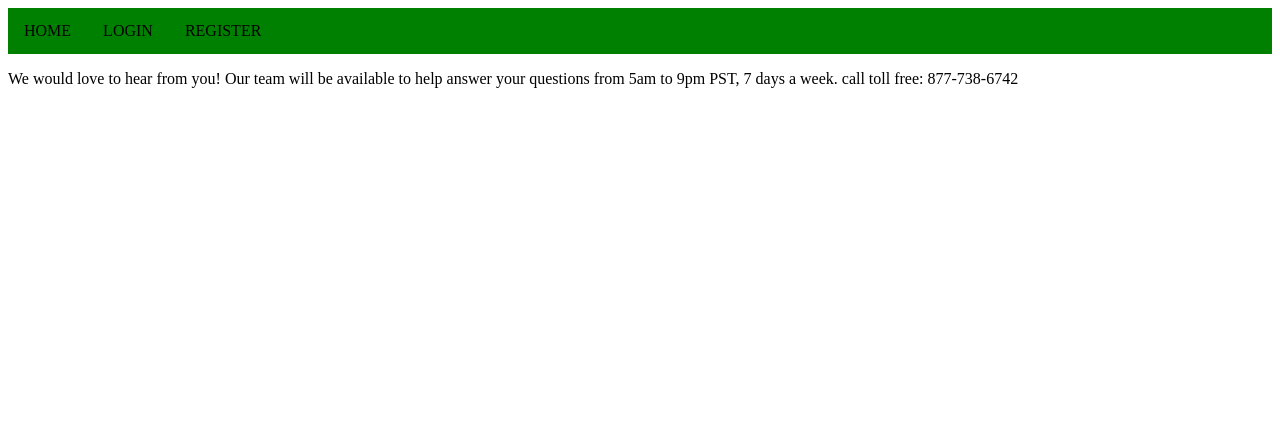
Repository: GaithCattan/COSW30
Page: labwork/testing/contact_page.html
The author's editor kept a record of every edit. The page is drawn from the files as they stood at one moment, then again after the next edit.
The browser window is 1280 px wide. The pictures show the whole page.

Above is the page before.

### labwork/testing/contact_page.html
<!doctype html>
<html lang="en">
<head>
    <meta charset="utf-8">
    <title>Treat Street</title>

    <style>

    ul {
      list-style-type: none;
      margin: 0;
      padding: 0;
      overflow: hidden;
      background-color: green;
    }

    li {
      float: left;
    }

    li a {
      display: block;
      color: black;
      text-align: center;
      padding: 14px 16px;
      text-decoration: none;
    }

    li a:hover {
      background-color: blue;
    }
            </style>

</head>
<body>
<!-- END HEADER -->


        <div id="header">
            <ul id="nav">
                <li><a class="active" href="index.php">HOME</a></li>
                <li><a href="login.php">LOGIN</a></li>
                <li><a href="register.php">REGISTER</a></li>
            </ul>
        </div>



        <div id="container1">
            <p>We would love to hear from you!
            Our team will be available to help answer your questions from 5am to 9pm PST, 7 days a week.
            call toll free: 877-738-6742</p>

        </div>











<!-- START FOOTER -->
</body>
</html>

After the next edit:
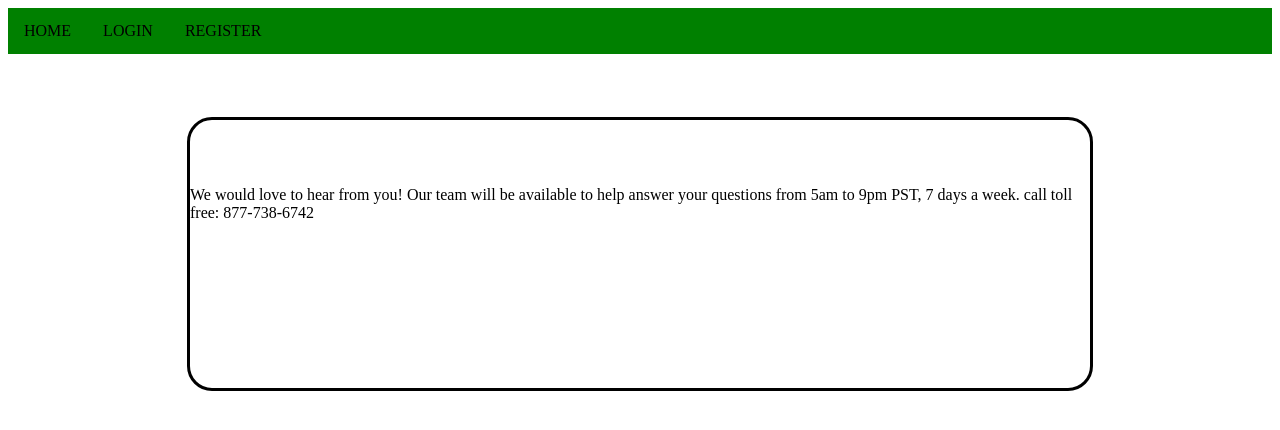
The edit:
--- a/labwork/testing/contact_page.html
+++ b/labwork/testing/contact_page.html
@@ -29,6 +29,9 @@
     li a:hover {
       background-color: blue;
     }
+
+    #container1 {width: 900px; margin-top: 5%;	margin-left: auto;	margin-right: auto;	padding-top: 50px;	padding-bottom: 150px; border-style: solid; border-radius: 25px;}
+
             </style>
 
 </head>
